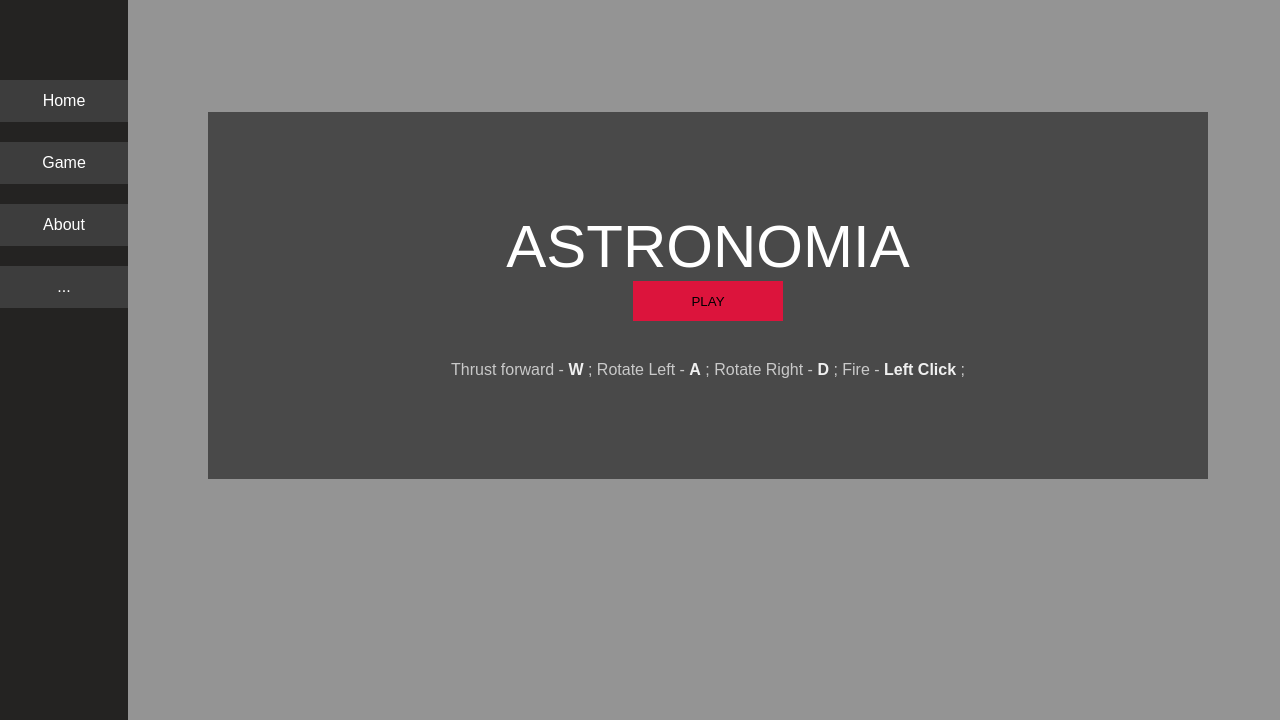
Repository: LaukiniXs/astronomia
Page: index.html
An editor plug-in stored every save of this project. The page is shown before and after the next save, followed by the edit.
The browser window is 1280 px wide. The pictures show the whole page.

Above is the page before, as saved 2020-05-18 14:31:35.
Not found: index.ts

After the next save:
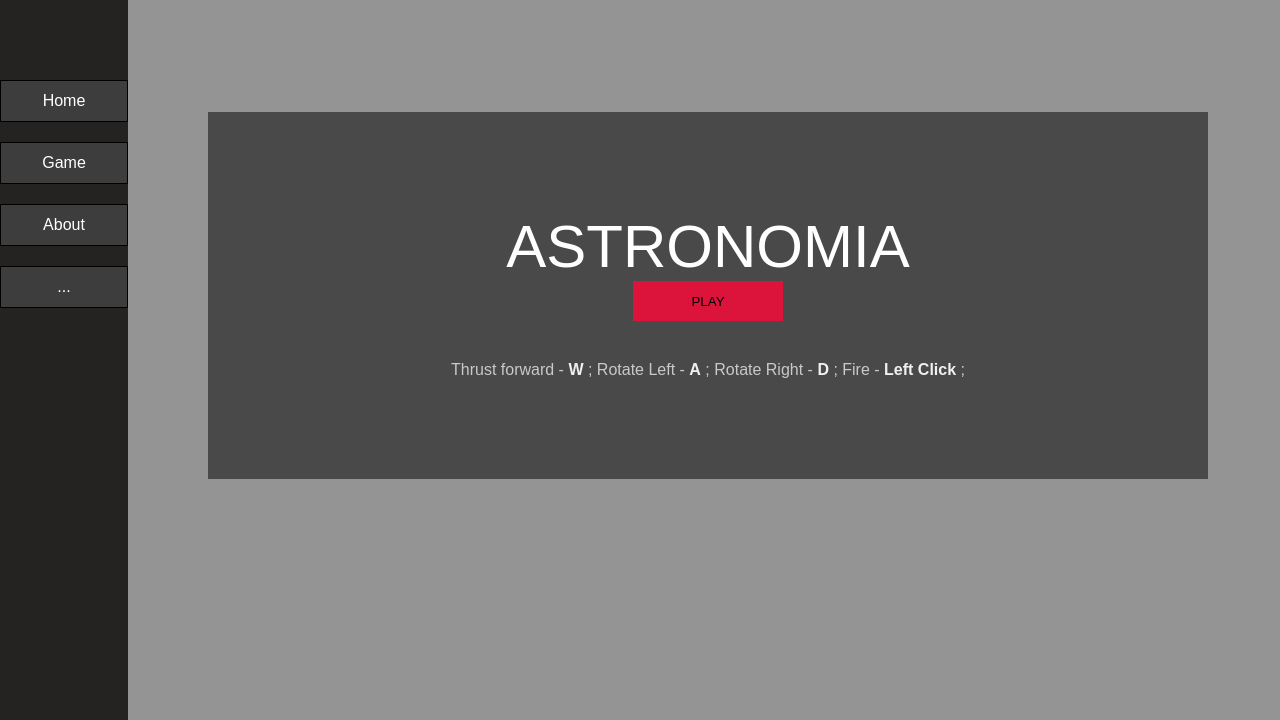
Saved 29 s later.
--- a/style.css
+++ b/style.css
@@ -15,7 +15,7 @@ body{
 .button {
   user-select: none;
   float: left;
-    border: 0;
+    border: 1px solid black;
     background: #3d3d3d;
     color: white;
     font-family: Arial, Helvetica, sans-serif;
